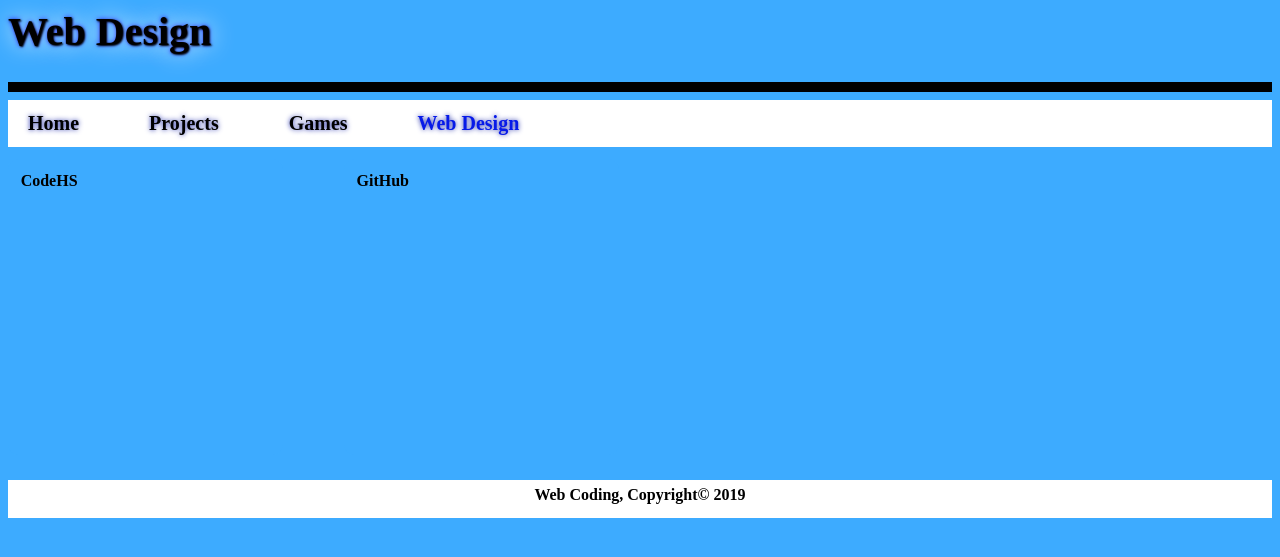
Repository: raidrn/raidrn.github.io
Page: web.html
The author's editor kept a record of every edit. The page is drawn from the files as they stood at one moment, then again after the next edit.
The browser window is 1280 px wide. The pictures show the whole page.

Above is the page before.

### web.html
<html>
<head>
        <title>Web Design Lessons</title>
        <link rel="stylesheet" href="/styles/style.css">

        <link rel="stylesheet" type="text/css" href="style.css">

        <link rel="shortcut icon" href="https://codehs.com/uploads/91969211844749ea05a8364258afeb34">
        <!Comment "Website Favicon">
</head>

<body>

    <h1 style="color:#000000; font-size:250%;"><b>Web Design</b></h1>
    <hr class="thick">

    <header>
        <div>
            <nav><!Comment "The Navigation Bar">
                <ul>

                    <li><a href="index.html">Home</a></li>
                    <li><a href="projects.html">Projects</a></li>
                    <li><a href="gamer.html">Games</a></li>
                    <li><a class="turon" href="web.html">Web Design</a></li>

                </ul>
            </nav>
        </div>
    </header>

    <div class="webless">
        <a><img></a>
        <a>CodeHS</a>
    </div>

    <div class="webless">
        <a><img></a>
        <a>GitHub</a>
    </div>


</body>

<footer>
    <div class="copyright">
        <nav>
                <p>Web Coding, Copyright© 2019</p>
        </nav>
    </div>
</footer>
</html>

### style.css
body{
    background-color:#3dabff;
}

h1{
     text-shadow: 1px 1px 2px black, 0 0 25px white, 0 0 5px blue;
}

a{
      text-decoration:none;
    }

.thick{
    border:5px solid black;
}

nav li{
    display:inline-block;
    float:left;
    color:#000000;
    padding:12px 20px;
    padding-right:50px;
}
nav a{
    font-size:20px;
    color:#000000;
    font-family:cursive;
    font-weight:bold;
    text-shadow:0 0 5px #2732ab;
}
nav ul{
    padding-left:30;
    margin:0;
    padding:0;
    overflow:hidden;
    list-style-type:none;
    background-color:white;
}

li:hover{
      background-color:#1c60e8;
      font-weight:bold;
}
li:active{
    color:#000000; text-decoration:underline;
}

.turon{
    color:#071ae8;
}

.project {
    background-color: #80b9ff;
	font-size:100%;
	padding: 1%;
	width: 250px;
	height: 270px;
	float: left;
	border-radius: 10px;
    margin-right:4.8%;
	margin-top:1%;
	margin-bottom:1%;

}
.project a{
    color:#3b55eb;
    text-decoration:none;
    font-weight:bold;
    font-family:cursive;
}
.project img{
    width:85%;
}

.project a:hover{
    font-size:120%;
}

.gamer{
    background-color: #80b9ff;
	font-size:100%;
	padding: 1%;
	width: 250px;
	height: 270px;
	float: left;
	border-radius: 10px;
    margin-right:4.8%;
	margin-top:1%;
	margin-bottom:1%;
}

.gamer a{
    color:black;
    text-decoration:none;
    font-weight:bold;
    font-family:cursive;
}
.gamer img{
    width:100%;
    margin-bottom:1%;
}

.gamer a:hover{
    font-size:120%;
    color:#002cf2;
}
.copyright p{
    background-color: white;
	font-size:100%;
	padding:.5%;
	width: 98.99%;
	height: 25px;
	float: left;
	margin-top:1%;
    text-align:center;
    font-weight:bold;
}
.webless{
    background-color: #3dabff;
	font-size:100%;
	padding: 1%;
	width: 250px;
	height: 270px;
	float: left;
	border-radius: 10px;
    margin-right:4.8%;
	margin-top:1%;
	margin-bottom:1%;
}

.webless a{
    color:#000000;
    text-decoration:none;
    font-weight:bold;
    font-family:cursive;
}

.webless img{
    width:85%;
}

.webless a:hover{
    width:120%;
}

After the next edit:
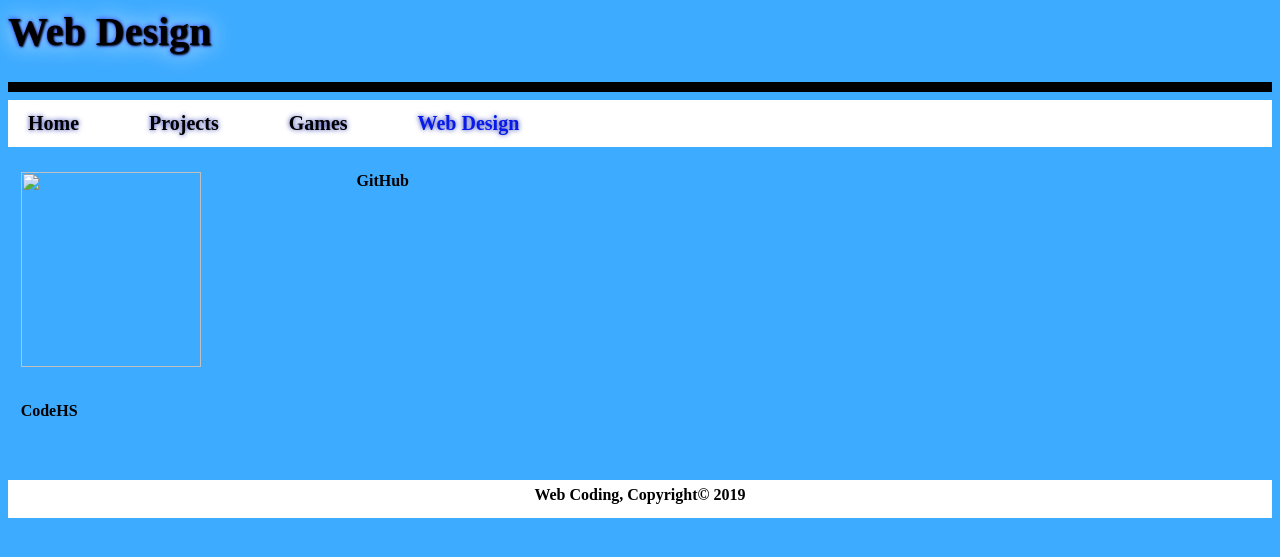
The edit:
--- a/web.html
+++ b/web.html
@@ -30,8 +30,8 @@
     </header>
 
     <div class="webless">
-        <a><img></a>
-        <a>CodeHS</a>
+        <a href="codehs.com/"><img src=""></a>
+        <a href="codehs.com/">CodeHS</a>
     </div>
 
     <div class="webless">
